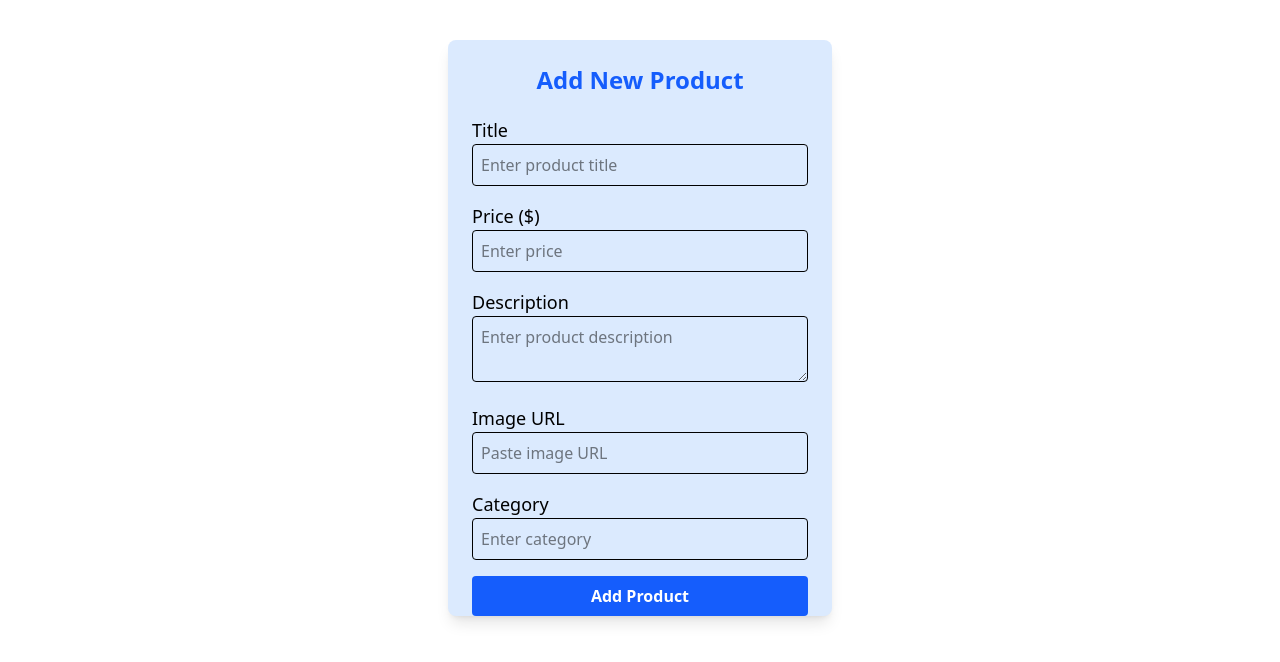
Repository: Habeebur1493/React-App
Page: /add-products
These files come from the project's save history. The page is drawn as it stood at one moment and after the next save; the edit follows.
The browser window is 1280 px wide. The pictures show the whole page.
The page's requests for data from a server got no answer. The project was rebuilt for these pictures with package versions that can differ from the ones it lists, and the page was loaded fresh each time. No one was signed in, and anything a server would have sent is missing. Also part of the build but not shown: vite.config.js, src/Components/Login.jsx, src/Components/Nav.jsx, src/Components/Loading.jsx, src/Components/Home.jsx, src/Components/Details.jsx, src/Components/About.jsx, src/Components/Services.jsx and 2 more.

Above is the page before, as saved 2025-02-01 15:20:31.

### index.html
<!doctype html>
<html lang="en">
  <head>
    <meta charset="UTF-8" />
    <meta name="viewport" content="width=device-width, initial-scale=1.0" />
    <title>Project</title>
  </head>
  <body>
    <div id="root"></div>
    <script type="module" src="/src/main.jsx"></script>
  </body>
</html>

### src/main.jsx
import React from "react";
import { createRoot } from "react-dom/client";
import App from "./App.jsx";
import { BrowserRouter } from "react-router-dom";
import Context from "./Components/utils/Context.jsx";
import { ToastContainer } from "react-toastify";

createRoot(document.getElementById("root")).render(
  <Context>
    <BrowserRouter>
      <App />
      <ToastContainer />
    </BrowserRouter>
    </Context>

);

### src/App.jsx
import React, { useState } from "react";
import "./App.css";
import { Route, Routes } from "react-router-dom";
import Login from "./Components/Login.jsx";
import Home from "./Components/Home.jsx";
import Details from "./Components/Details.jsx";
import About from "./Components/About.jsx";
import Services from "./Components/Services.jsx";
import Contact from "./Components/Contact.jsx";
import Addproducts from "./Components/Addproducts.jsx";
import ShowProducts from "./Components/ShowProducts.jsx";

const App = () => {
  const [selectedProduct, setSelectedProduct] = useState(null);

  return (
    <div className='h-screen w-screen flex'>
      <Routes>
        <Route path='/' element={<Login />} />
        <Route path='/Home' element={<Home />} />
        <Route path='/add-products' element={<Addproducts />} />
        <Route path='/details/:id' element={<Details />} />
        <Route path='/About' element={<About />} />
        <Route path='/Services' element={<Services />} />
        <Route path='/Contact' element={<Contact />} />
        <Route
          path='/show-products'
          element={
            <ShowProducts
              setSelectedProduct={setSelectedProduct}
              selectedProduct={selectedProduct}
            />
          }
        />
      </Routes>
    </div>
  );
};

export default App;

### src/Components/utils/Context.jsx
import React, { createContext, useEffect, useState } from "react";
import axios from "axios";

export const ProductContext = createContext();

const Context = ({children}) => {
  const [products, setproducts] = useState([]);

  const getproducts = async () => {
    try {
      const { data } = await axios.get("https://fakestoreapi.com/products");
      setproducts(data);
    } catch (error) {
      console.log( "Error Fetching products"  ,error);
    }
  };

  useEffect(() => {
    getproducts();
  }, []);

  return (
    <ProductContext.Provider value={{products, setproducts}}>
      {children}
    </ProductContext.Provider>
  );
};

export default Context;

### src/Components/Addproducts.jsx
import React, { useState, useEffect } from "react";
import { useNavigate } from "react-router-dom";
import { toast } from "react-toastify";

const AddProduct = ({ selectedProduct, setSelectedProduct }) => {
  const [formData, setFormData] = useState({
    title: "",
    price: "",
    description: "",
    image: "",
    category: "",
  });

  const navigate = useNavigate();

  // ✅ Agar koi product update ho raha ho toh uski details form me load ho
  useEffect(() => {
    if (selectedProduct) {
      setFormData(selectedProduct);
    }
  }, [selectedProduct]);

  const handleChange = (e) => {
    setFormData({ ...formData, [e.target.name]: e.target.value });
  };

  const handleSubmit = (e) => {
    e.preventDefault();
    let products = JSON.parse(localStorage.getItem("products")) || [];

    if (selectedProduct) {
      // ✅ Update existing product
      products = products.map((p) =>
        p.title === selectedProduct.title ? formData : p
      );
    } else {
      // ✅ Add new product
      products.push(formData);
    }

    localStorage.setItem("products", JSON.stringify(products));
    setFormData({
      title: "",
      price: "",
      description: "",
      image: "",
      category: "",
    });
    toast.success("Product added successfully!");
    navigate("/show-products");
    setSelectedProduct(null);
  };

  return (
    <div className='w-[30%] h-[80%] mx-auto bg-blue-100 p-6 rounded-lg shadow-lg mt-10'>
      <h2 className='text-2xl font-bold mb-5 text-center text-blue-600'>
        {selectedProduct ? "Update Product" : "Add New Product"}
      </h2>

      <form onSubmit={handleSubmit} className='space-y-4'>
        <div>
          <label className='block text-lg font-medium'>Title</label>
          <input
            type='text'
            name='title'
            value={formData.title}
            onChange={handleChange}
            required
            placeholder='Enter product title'
            className='w-full p-2 border rounded focus:ring-2 focus:ring-blue-500'
          />
        </div>

        <div>
          <label className='block text-lg font-medium'>Price ($)</label>
          <input
            type='number'
            name='price'
            value={formData.price}
            onChange={handleChange}
            required
            placeholder='Enter price'
            className='w-full p-2 border rounded focus:ring-2 focus:ring-blue-500'
          />
        </div>

        <div>
          <label className='block text-lg font-medium'>Description</label>
          <textarea
            name='description'
            value={formData.description}
            onChange={handleChange}
            required
            placeholder='Enter product description'
            className='w-full p-2 border rounded focus:ring-2 focus:ring-blue-500'
          />
        </div>

        <div>
          <label className='block text-lg font-medium'>Image URL</label>
          <input
            type='url'
            name='image'
            value={formData.image}
            onChange={handleChange}
            required
            placeholder='Paste image URL'
            className='w-full p-2 border rounded focus:ring-2 focus:ring-blue-500'
          />
        </div>

        <div>
          <label className='block text-lg font-medium'>Category</label>
          <input
            type='text'
            name='category'
            value={formData.category}
            onChange={handleChange}
            required
            placeholder='Enter category'
            className='w-full p-2 border rounded focus:ring-2 focus:ring-blue-500'
          />
        </div>

        <button
          type='submit'
          className='w-full bg-blue-600 hover:bg-blue-700 text-white font-bold py-2 rounded transition'
        >
          {selectedProduct ? "Update Product" : "Add Product"}
        </button>
      </form>
    </div>
  );
};

export default AddProduct;

Loaded but not shown: src/App.css (common file)

After the next save:
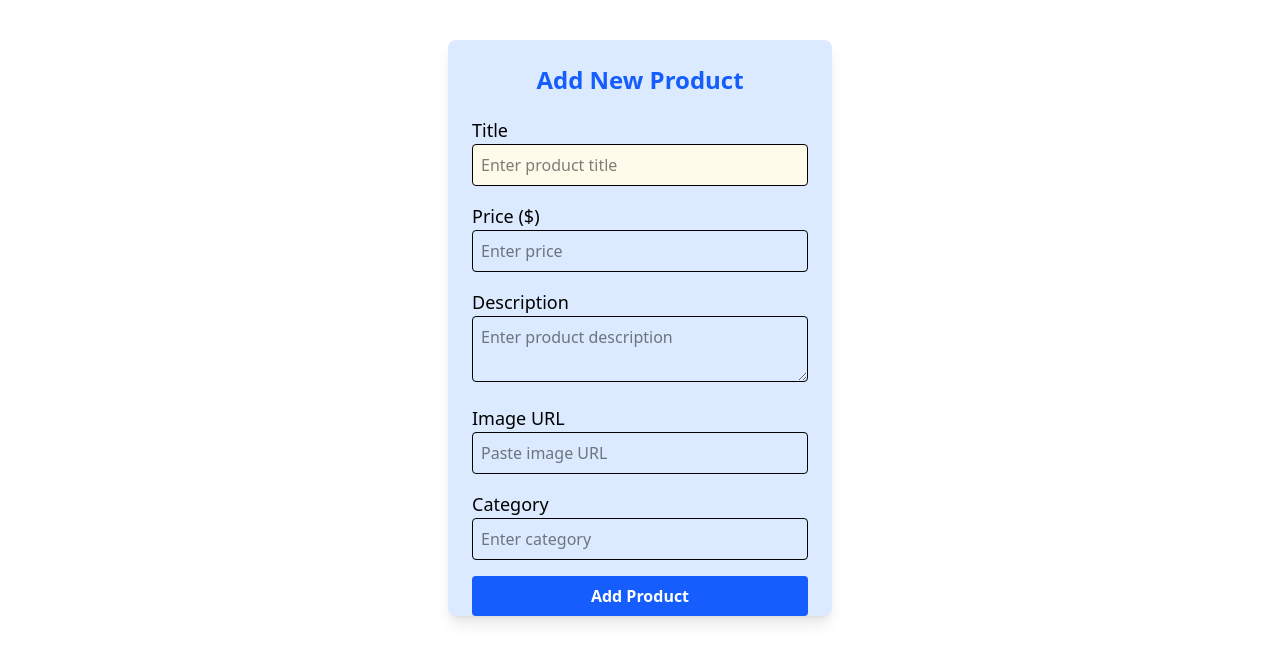
Saved 22 s later.
--- a/src/Components/Addproducts.jsx
+++ b/src/Components/Addproducts.jsx
@@ -67,7 +67,7 @@ const AddProduct = ({ selectedProduct, setSelectedProduct }) => {
             onChange={handleChange}
             required
             placeholder='Enter product title'
-            className='w-full p-2 border rounded focus:ring-2 focus:ring-blue-500'
+            className='w-full p-2 border bg-amber-50 rounded focus:ring-2 focus:ring-blue-500'
           />
         </div>
 
